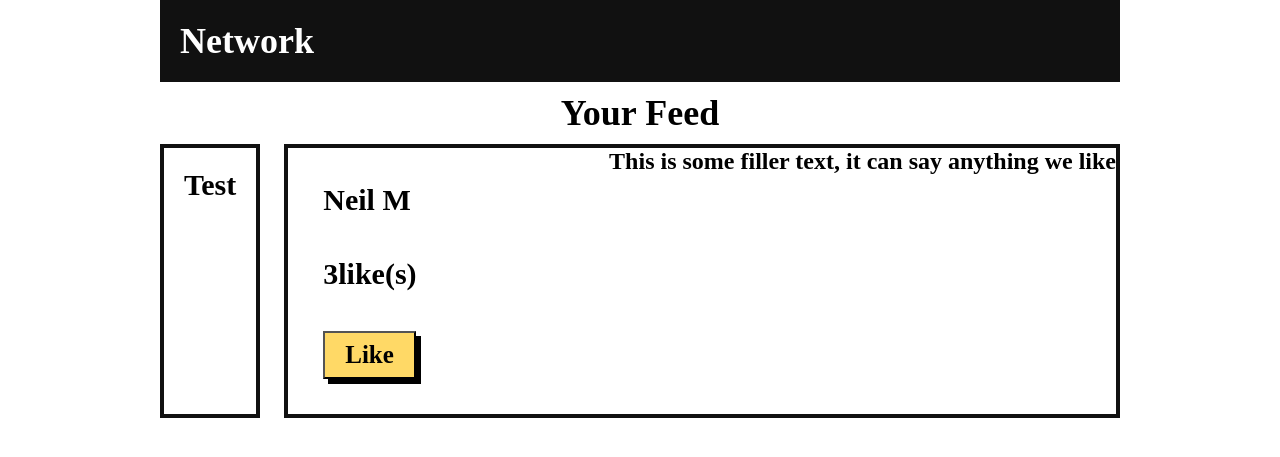
Repository: Blender20/liking_likes
Page: index.html
The author's editor kept a copy of each file at every save. The page is drawn from the files as they stood at one save, then again after the next save.
The browser window is 1280 px wide. The pictures show the whole page.
Some web fonts or font styles are not loaded; a fallback is used.

Above is the page before, as saved 2022-03-29 23:23:32.

### index.html
<!DOCTYPE html>
<html lang="en">

<head>
  <meta charset="UTF-8">
  <meta http-equiv="X-UA-Compatible" content="IE=edge">
  <meta name="viewport" content="width=device-width, initial-scale=1.0">
  <link rel="stylesheet" href="style.css">
  <title>Document</title>
</head>

<body>
  <nav>
    <h1>Network</h1>
  </nav>
  <div class="feed">
    <h1>Your Feed</h1>
  </div>
  <div class="container flex">
    <div class="leftColumn">
      <h3>Test</h2>
    </div>
    <div class="rightColumn flex">
      <div class="user">
        <h3>Neil M</h3>
        <h3><span id="likeCount">3</span> like(s)</h3>
        <button onclick="addLike()" id="like">Like</button>
      </div>
      <div class="right"></div>
      <div class="rightBottom">
        <h2>This is some filler text, it can say anything we like</h2>
      </div>
    </div>
  </div>
  </div>
  </div>
  <script src="script.js"></script>
</body>

</html>

### style.css
@import url('https://fonts.googleapis.com/css2?family=Balsamiq+Sans:ital,wght@0,400;0,700;1,700&display=swap');
  *{
  padding: 0;
  margin: 0;
  box-sizing: border-box;
  font-family: 'Balsamiq Sans', cursive;
}

.flex {
  display: flex;
  justify-content: space-between;
  align-self: center;
  gap:1.5em;
}
nav{
  min-height: 70px;
  background-color: #111;
  display: block;
  width: 75%;
  margin: 0 auto;

  color: #fff;
  font-family: "balsamiq Sans";
  padding: 10px
}
.container {
  margin: 0 auto;
  width: 75%
}

 .leftColumn{
  border: 4px solid #111;
  margin-top: 50px;

  flex:2;
  margin: 0 auto;
 }

.rightColumn {
  border: 4px solid #111;
  margin-top: 50px;
  /* width:550px; */
  /* flex:2; */
  margin: 0 auto;
}
.user{
  padding: 15px ;
  flex:1;
  min-height:50px
  margin: auto 0;
}
.right {
  flex: 2;
  justify-self: space-between;
}
.rightBottom {
min-height: 50px
}

h1 {

  font-size: 36px;
  padding: 10px;
}
.feed {
  text-align: center;
  justify-content: center;
}
h3 {
  padding: 20px;
  font-size: 30px;
  display:inline-flex


}
#like {
  background-color: #FFD966;
  padding: 8px 20px;
  margin: 20px;
  font-weight: 900;
  font-size: 25px;
  box-shadow: 5px 5px;
  align-self: end;
}

### script.js
var likeCount = document.querySelector('#likeCount')
console.log(likeCount)
function addLike() {

  likeCount.innerText++;

}

After the next save:
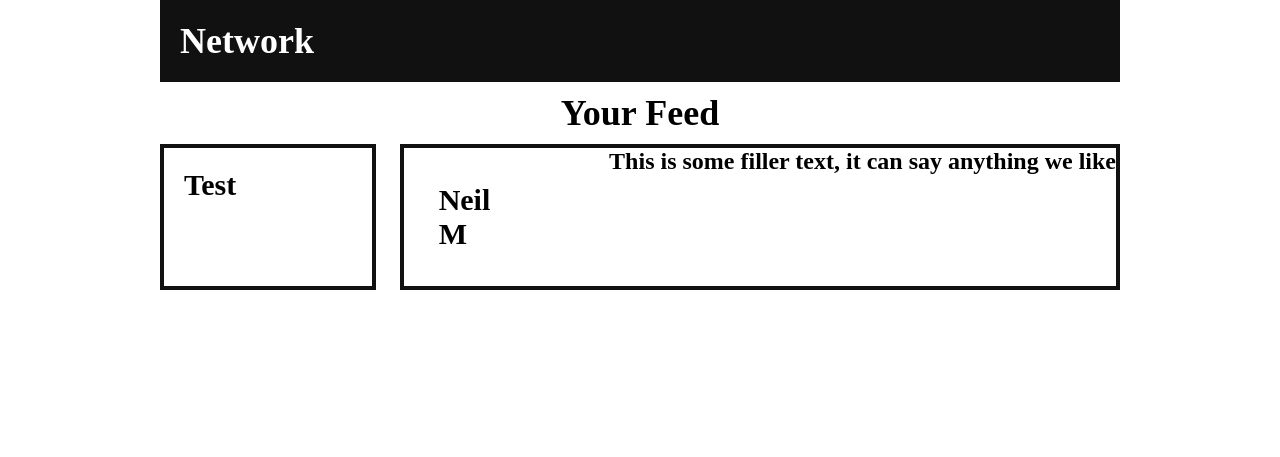
Saved 24 s later.
--- a/index.html
+++ b/index.html
@@ -23,8 +23,7 @@
     <div class="rightColumn flex">
       <div class="user">
         <h3>Neil M</h3>
-        <h3><span id="likeCount">3</span> like(s)</h3>
-        <button onclick="addLike()" id="like">Like</button>
+
       </div>
       <div class="right"></div>
       <div class="rightBottom">
